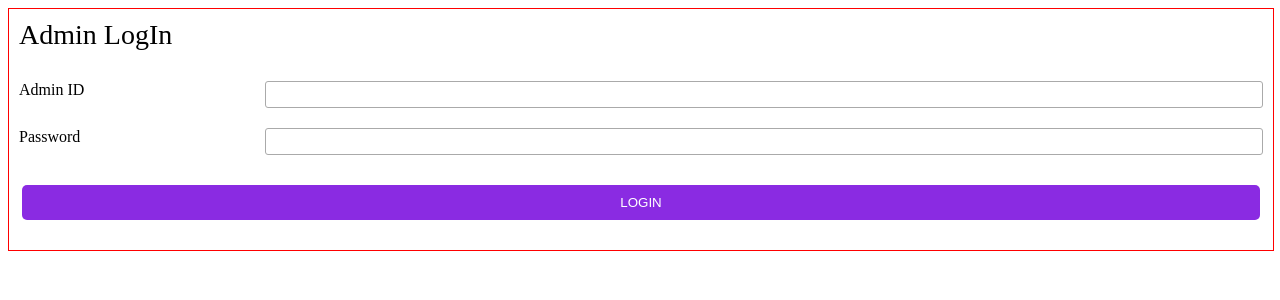
Repository: kkm41/SQL
Page: http://localhost/WEB12_ShoesShop/admin/adminLogin.jsp
The author's editor kept a copy of each file at every save. The page is drawn from the files as they stood at one save, then again after the next save.
The browser window is 1280 px wide. The pictures show the whole page.
The page is served by Tomcat 10. Other server files are loaded and not shown.

Above is the page before, as saved 2024-05-23 01:22:52.

### workspace/WEB12_ShoesShop/src/main/webapp/admin/adminLogin.jsp
<%@ page language="java" contentType="text/html; charset=UTF-8"
    pageEncoding="UTF-8"%>
<!DOCTYPE html>
<html>
<head>
<meta charset="UTF-8">
<title>Insert title here</title>
<link rel="stylesheet" href="admin/css/admin.css">
<script src = "admin/script/admin.js"></script>
</head>
<body>
<div id="wrap">
	<article>
		<form method="post" action="shop.do?command=adminlogin" name="loginForm">
			<h2>Admin LogIn</h2>
				<div class="field">
					<label>Admin ID</label><input name="userid" type="text"/>
				</div>
					<div class="field">
					<label>Password</label><input name="pwd" type="password"/>
				</div>
			<div class="btn">
					<input type="submit" value="LOGIN" onClick="return loginCheck()"/>
				</div>
				<div><span style="font-size:80%; font-weight:bold">${message}</span>
			</div>
		</form>

	</article>



	</div>
</body>
</html>

### workspace/WEB12_ShoesShop/src/main/webapp/admin/css/admin.css
@charset "UTF-8";

#wrap{width:100%; margin:0 auto; border:1px solid red;}




article{
   /*border:2px solid dimgray;
   margin:2px;*/
   width:100%;
   display: flex;

}

article form{
   flex:1;
   /*border:2px solid red;
   margin:2px;*/
   display: flex;
   flex-direction: column;
}

article form h2{
   margin:0;
   margin-bottom:20px;
   font-weight: normal;
   font-size: 28px;
}

article form{padding:10px;}

article form .field{
   display: flex;
   margin:10px 0;
}
article form .field label{
   flex:1;
}
article form .field input{
   flex:4;
   padding: 5px;
    border-radius: 3px;
    border: 1px solid #AAA;
}

article form .field div{
   flex:4;
   display: flex;
}
article form .field div input[type=text]{
   flex:4;
}
article form .field div input[type=button]{
   flex:1;
}






article form .btn{
   flex:1;
   display: flex;
   margin:10px 0;
}
article form .btn input{
   flex:1;
   margin:10px 3px;
   background-color: blueviolet;
   border:none;
   color:white;
   border-radius: 5px;
   padding:10px 0;
}

Loaded but not shown: workspace/WEB12_ShoesShop/src/main/webapp/admin/script/admin.js (no copy from this time; the picture is the same without it)

After the next save:
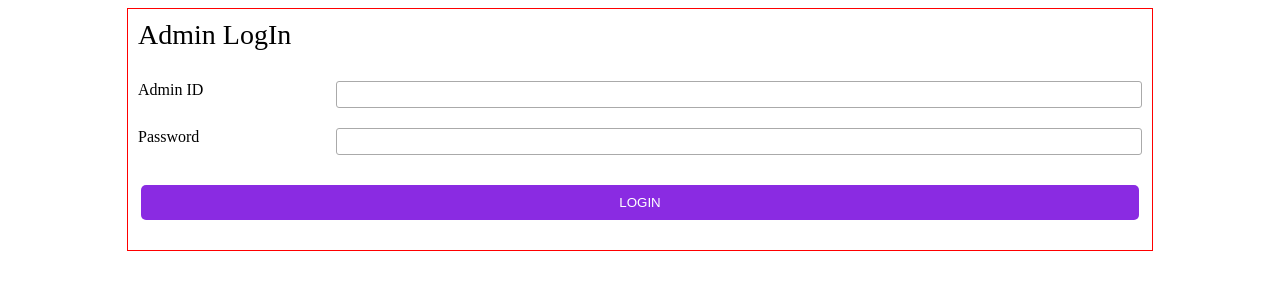
Saved 16 min 5 s later.
--- a/workspace/WEB12_ShoesShop/src/main/webapp/admin/css/admin.css
+++ b/workspace/WEB12_ShoesShop/src/main/webapp/admin/css/admin.css
@@ -1,6 +1,6 @@
 @charset "UTF-8";
 
-#wrap{width:100%; margin:0 auto; border:1px solid red;}
+#wrap{width:100%; margin:0 auto; border:1px solid red; max-width:1024px;}
 
 
 
